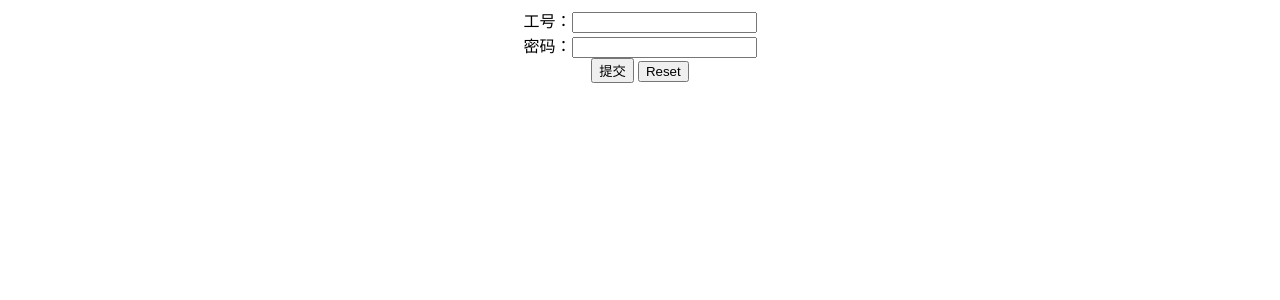
Repository: krzyty/OA_USST
Page: http://localhost/USSTOA/login.jsp
These files come from the project's save history. The page is drawn as it stood at one moment and after the next save; the edit follows.
The browser window is 1280 px wide. The pictures show the whole page.
The page is served by Tomcat 9.

Above is the page before, as saved 2017-06-29 04:59:54.

After the next save:
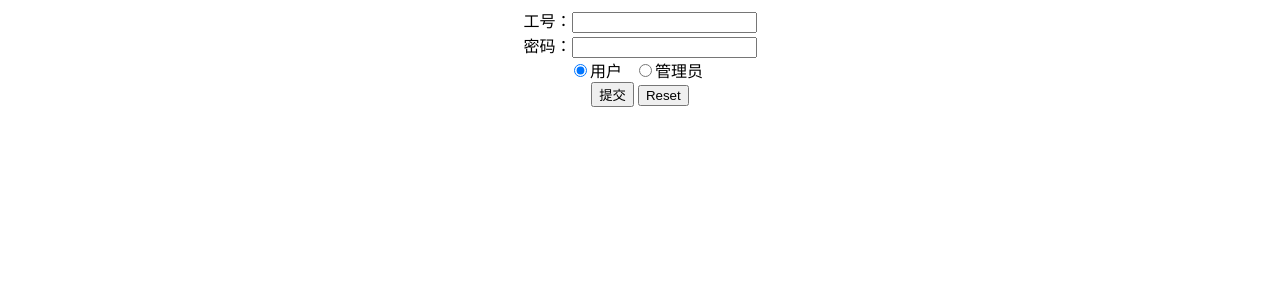
Saved 12 min 36 s later.
--- a/USSTOA/WebContent/login.jsp
+++ b/USSTOA/WebContent/login.jsp
@@ -11,6 +11,9 @@
 <form action="login" method="post">
 	工号：<input type="text" name="id" required/><br/>
 	密码：<input type="password" name="password" required/><br/>
+	<input type="radio" name="role" value="teacher" checked>用户&nbsp;&nbsp;
+	<input type="radio" name="role" value="admin">管理员&nbsp;&nbsp;
+	<br/>
 	<input type="submit" value="提交">
 	<input type="reset"><br />
 </form>
